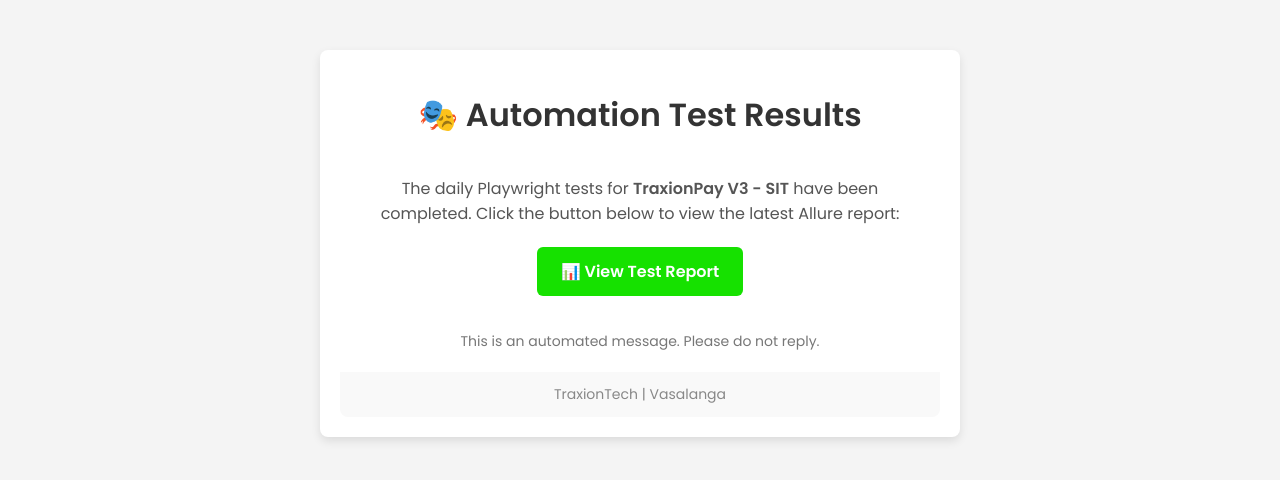
Repository: jmendozaqa24/TraxionPay-V3
Page: template.html
An editor plug-in stored every save of this project. The page is shown before and after a run of saves, followed by the edit.
The browser window is 1280 px wide. The pictures show the whole page.

Above is the page before, as saved 2025-02-18 09:48:42.

After the next 3 saves:
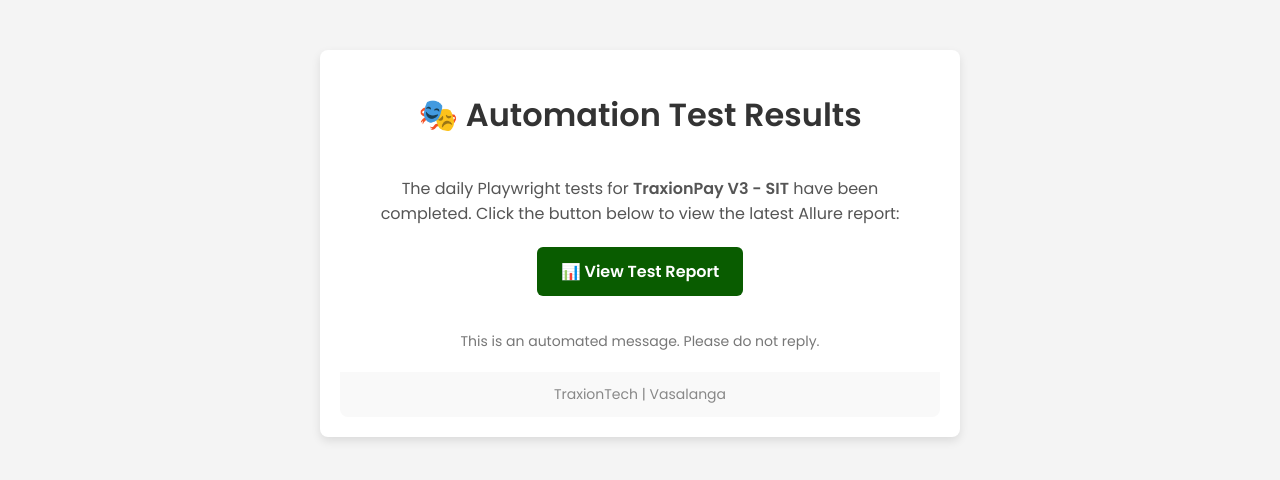
The 3 saves are shown as one change because they came seconds apart.
The last was saved 11 s later.
--- a/template.html
+++ b/template.html
@@ -23,7 +23,7 @@
             <!-- Call to Action Button -->
             <a href="https://dread-vin.github.io/TraxionPay-V3/"
                 style="display: inline-block; padding: 12px 24px; margin-top: 20px; font-size: 16px; font-weight: 600; color: #ffffff;
-                      background-color: #16e100; border-radius: 6px; text-decoration: none; transition: 0.3s;">
+                      background-color: #095c00; border-radius: 6px; text-decoration: none; transition: 0.3s;">
                 📊 View Test Report
             </a>
         </div>
